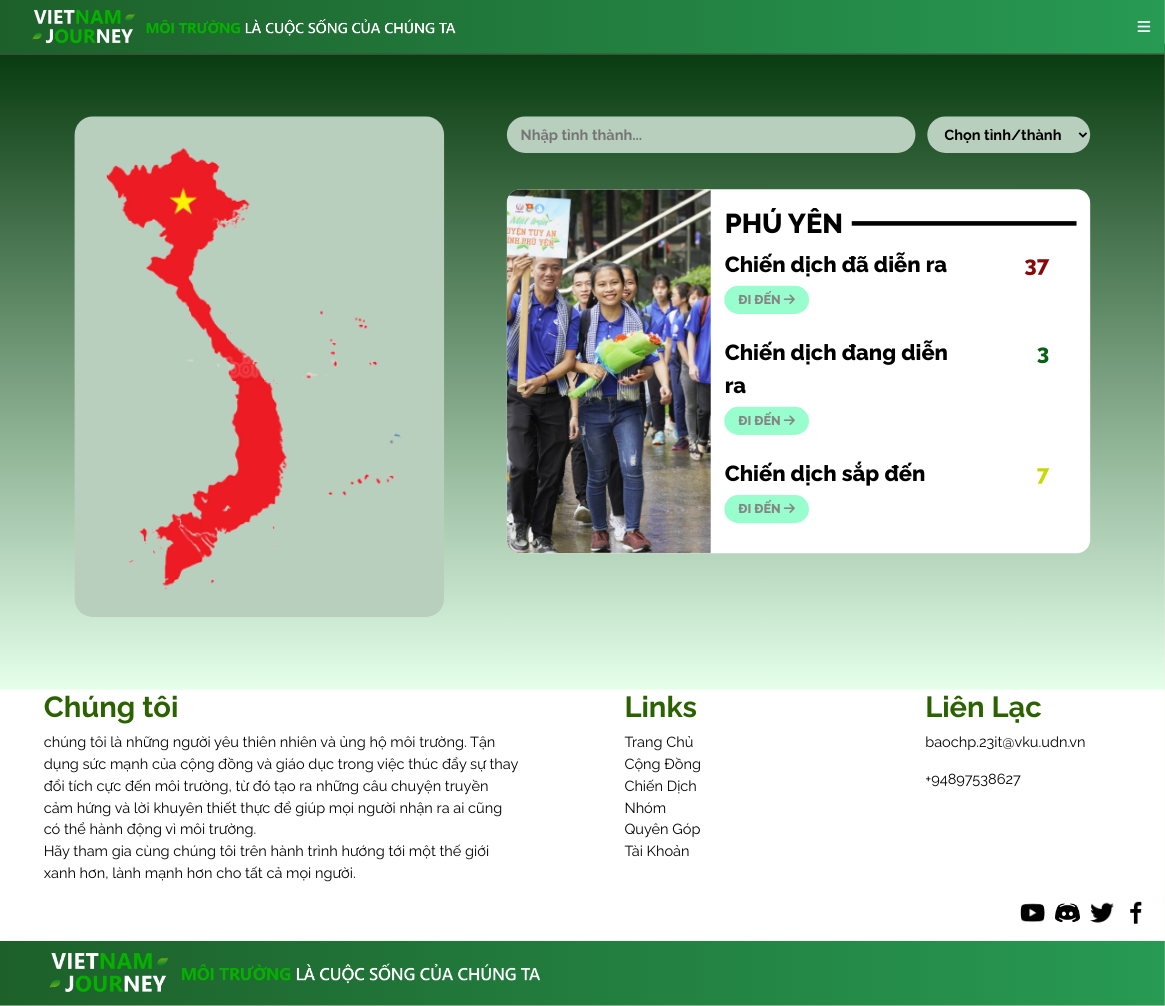
Repository: Boima12/Boima12.github.io_VietnamJourney
Page: HTML/ChienDich/ChienDich.html
These files come from the project's save history. The page is drawn as it stood at one moment and after the next save; the edit follows.
The browser window is 1280 px wide. The pictures show the whole page, at 91% of full size.

Above is the page before, as saved 2024-05-25 08:32:36.

After the next save:
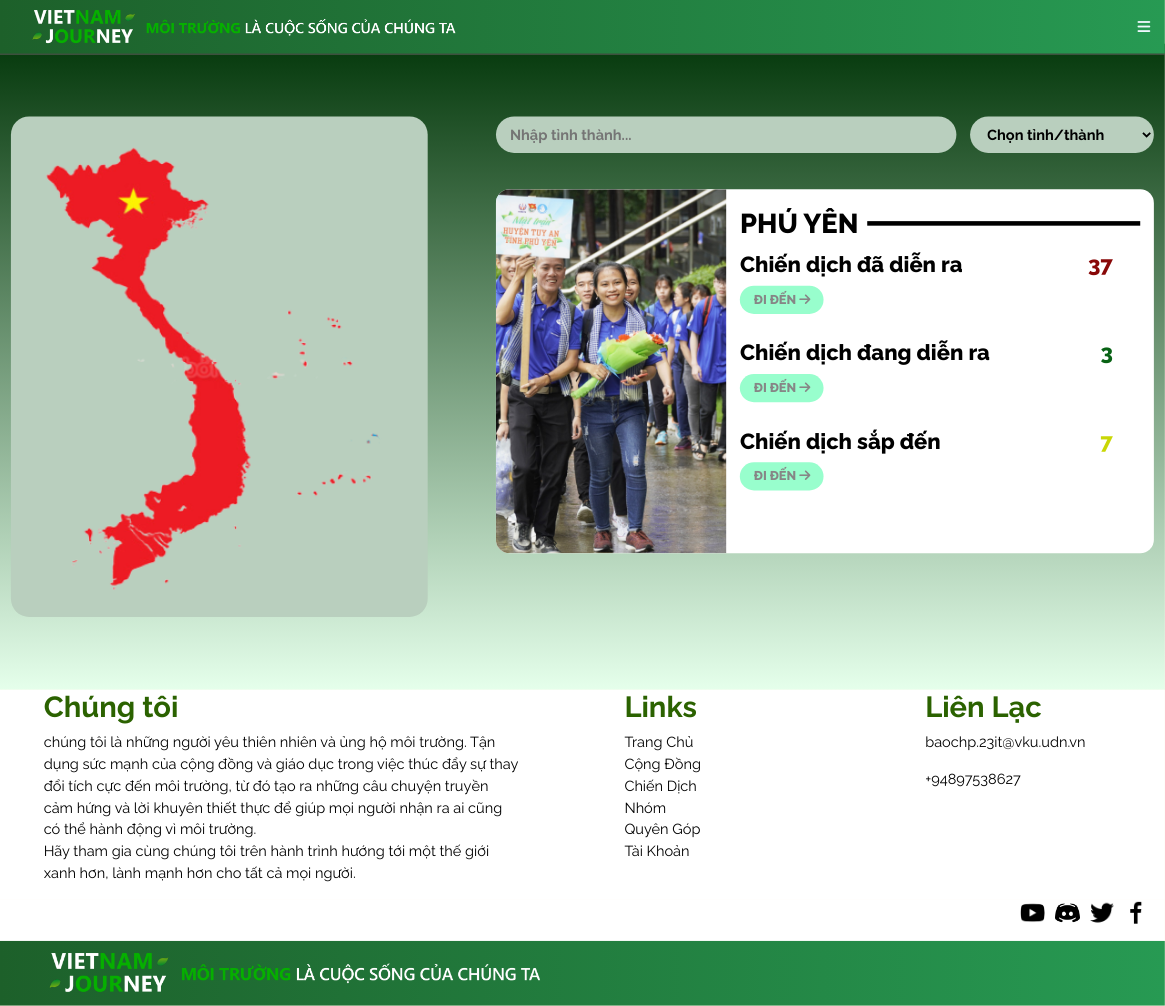
Saved 38 s later.
--- a/HTML/ChienDich/ChienDich.css
+++ b/HTML/ChienDich/ChienDich.css
@@ -23,7 +23,7 @@ body {
 }
 
 .container {
-    max-width: ;
+    max-width: 100%;
 }
 
 /*BASE*/
